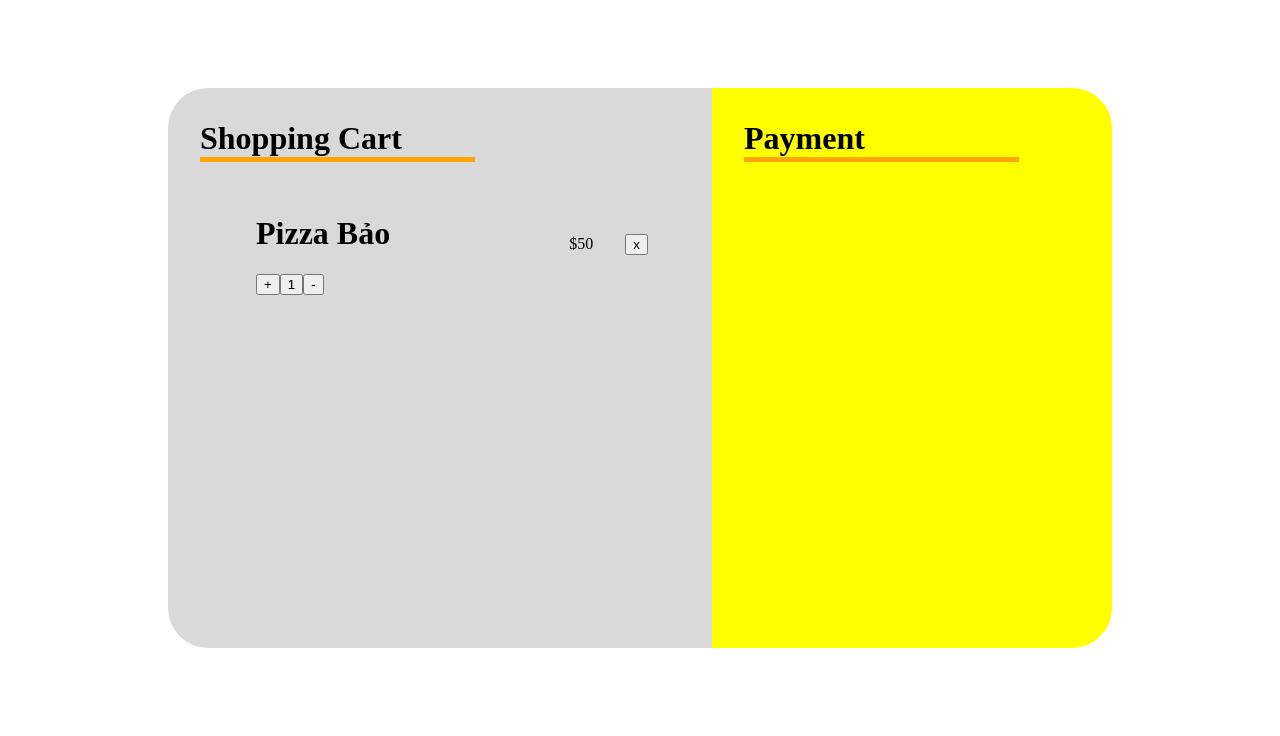
Repository: NDBaoFE/pizza-ordering-hiep
Page: /checkout
These files come from the project's save history. The page is drawn as it stood at one moment and after the next save; the edit follows.
The browser window is 1280 px wide. The pictures show the whole page.
The project was rebuilt for these pictures with package versions that can differ from the ones it lists, and the page was loaded fresh each time.

Above is the page before, as saved 2022-08-27 22:09:10.

After the next save:
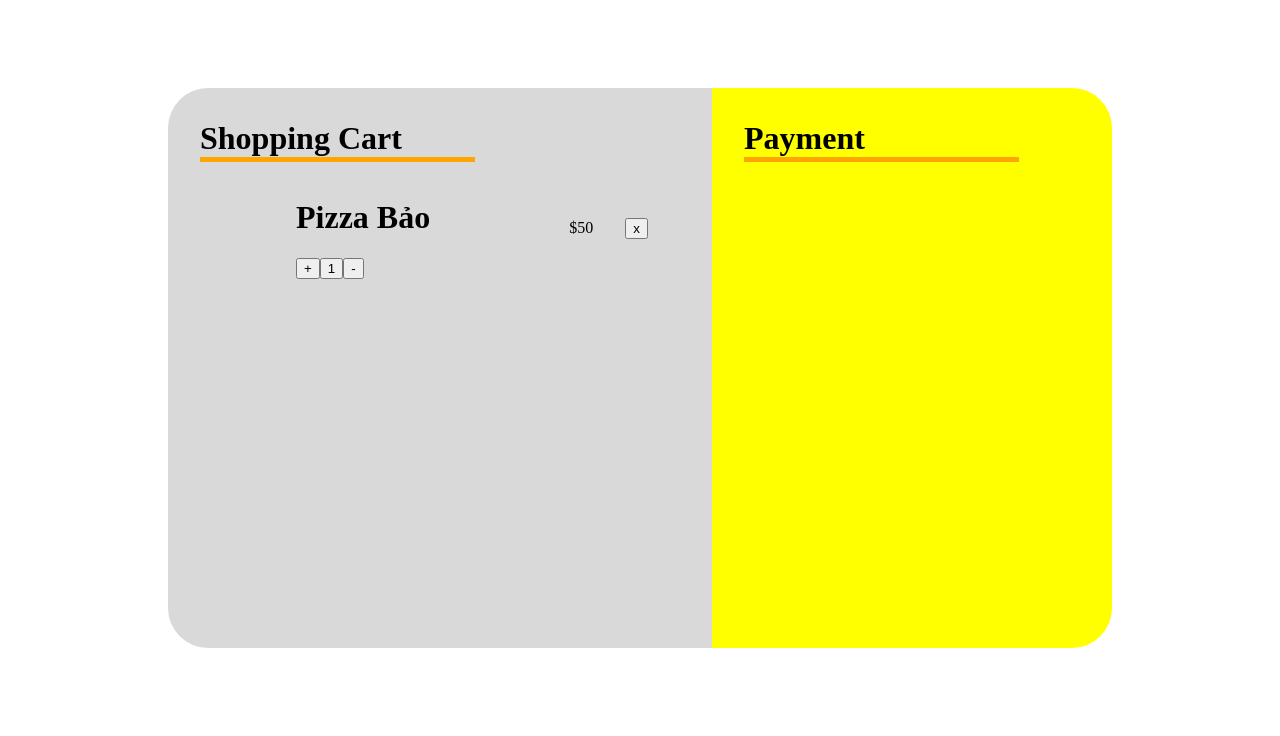
Saved 10 s later.
--- a/src/pages/Checkout/Checkout.styled.js
+++ b/src/pages/Checkout/Checkout.styled.js
@@ -45,7 +45,7 @@ export const List = styled.ul`
 export const Item = styled.ul`
   display: flex;
   align-items: center;
-  padding: 1rem;
+  margin: 1rem;
 `
 
 export const Image = styled.img``
